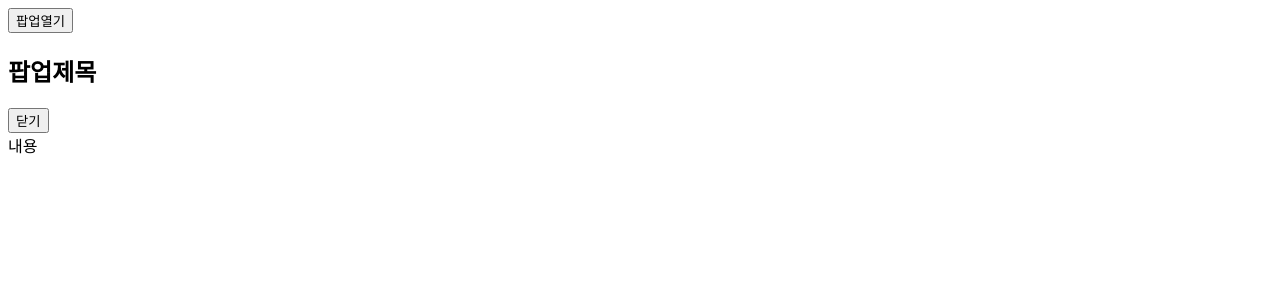
Repository: minagil/accessibility
Page: dialog.html
The author's editor kept a copy of each file at every save. The page is drawn from the files as they stood at one save, then again after the next save.
The browser window is 1280 px wide. The pictures show the whole page.

Above is the page before, as saved 2023-08-13 08:05:03.

### dialog.html
<!DOCTYPE html>
<html lang="ko">
	<head>
		<meta charset="UTF-8" />
		<meta name="viewport" content="width=device-width, initial-scale=1.0" />
		<title>Dialog</title>
    <style>

    </style>
	</head>
	<body>
		<button class="btn-open">팝업열기</button>
		<div class="dialog">
			<div class="dialog-wrap">
				<h2 class="dialog-title">팝업제목</h2>
				<button class="btn-close">닫기</button>
				<div class="dialog-content">내용</div>
			</div>
		</div>
	</body>
</html>

After the next save:
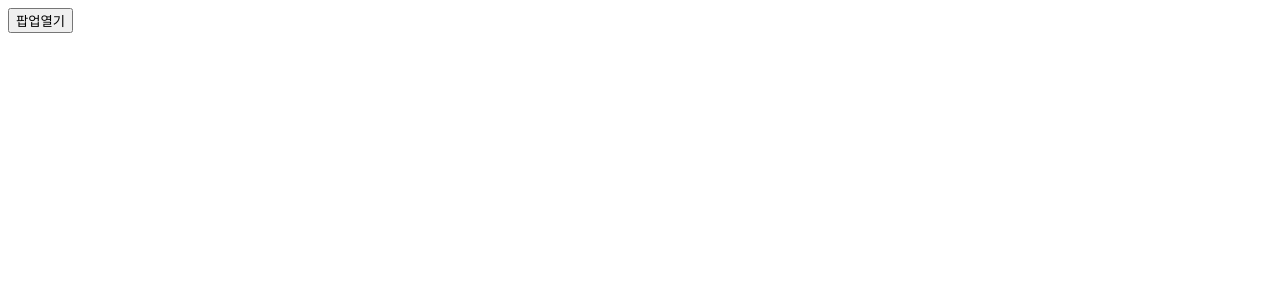
Saved 49 s later.
--- a/dialog.html
+++ b/dialog.html
@@ -5,7 +5,7 @@
 		<meta name="viewport" content="width=device-width, initial-scale=1.0" />
 		<title>Dialog</title>
     <style>
-
+      .dialog {display: none;}
     </style>
 	</head>
 	<body>

After the 3 saves that followed:
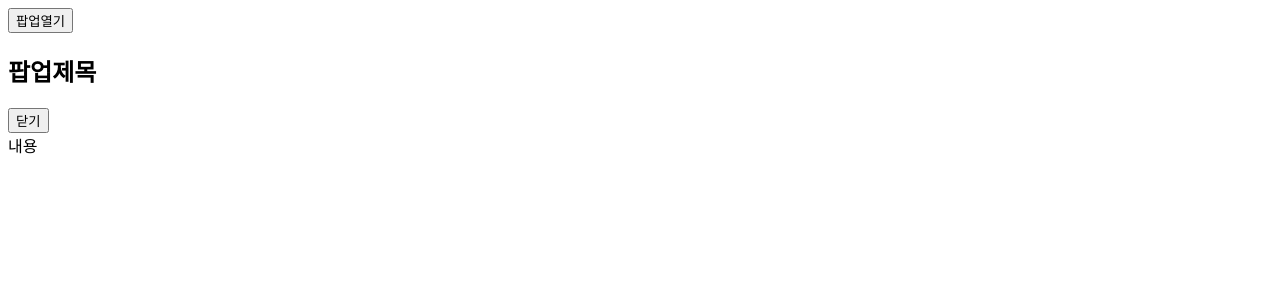
The 3 saves are shown as one change because 2 left the picture as it was.
The last was saved 7 min 46 s later.
--- a/dialog.html
+++ b/dialog.html
@@ -4,13 +4,14 @@
 		<meta charset="UTF-8" />
 		<meta name="viewport" content="width=device-width, initial-scale=1.0" />
 		<title>Dialog</title>
-    <style>
-      .dialog {display: none;}
-    </style>
+		<style>
+			.dialog {
+			}
+		</style>
 	</head>
 	<body>
 		<button class="btn-open">팝업열기</button>
-		<div class="dialog">
+		<div class="dialog" role="dialog" aria-hidden="true">
 			<div class="dialog-wrap">
 				<h2 class="dialog-title">팝업제목</h2>
 				<button class="btn-close">닫기</button>
